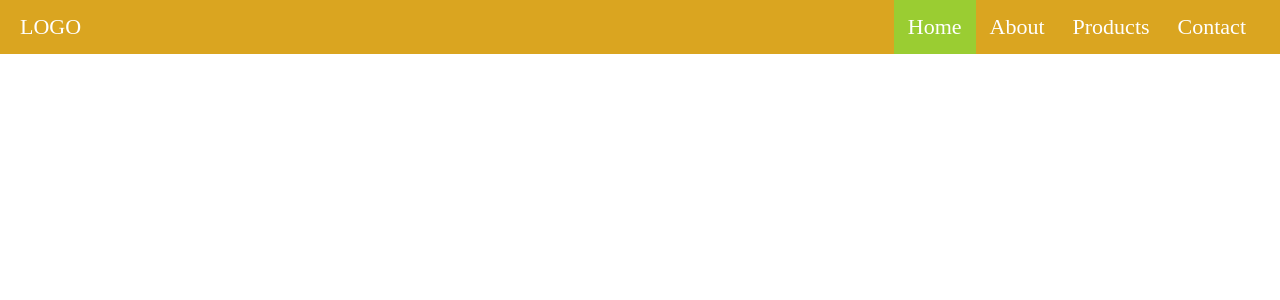
Repository: albayrakfatih/Flex-Navbar
Page: navbar-w-flexbox.html
These files come from the project's save history. The page is drawn as it stood at one moment and after a run of saves; the edit follows.
The browser window is 1280 px wide. The pictures show the whole page.
The pointer rests on the first visible `.navigation a`.

Above is the page before, as saved 2023-05-09 19:55:12.

### navbar-w-flexbox.html
<!DOCTYPE html>
<html lang="en">
<head>
    <meta charset="UTF-8">
    <meta http-equiv="X-UA-Compatible" content="IE=edge">
    <meta name="viewport" content="width=device-width, initial-scale=1.0">
    <link rel="stylesheet" href="styles.css">
    <title>Navbar With Flexbox</title>
</head>
<body>


    <nav>
        <a href="">LOGO</a>
        <ul class="navigation">
            <li><a href="#">Home</a></li>
            <li><a href="#">About</a></li>
            <li><a href="#">Products</a></li>
            <li><a href="#">Contact</a></li>
        </ul>
    </nav>



</body>
</html>

### styles.css
*{
    padding: 0;
    margin: 0;
}

nav{
    display: flex;
    justify-content: space-between;
    background: goldenrod;
    padding: 0 20px;
}



nav a{
    align-self: center;
    text-decoration: none;
    font-size: 22px;
    color: #fff;
}

.navigation{
    list-style-type: none;
    display: flex;
}
.navigation a{
    display: block;
    padding: 14px;
}
.navigation a:hover{
    background: yellowgreen;
}

After the next 2 saves:
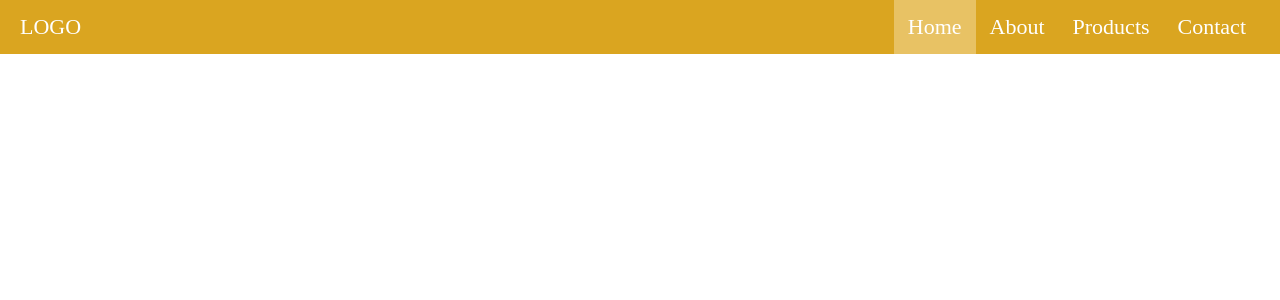
The 2 saves are shown as one change because they came seconds apart.
The last was saved 71 s later.
--- a/styles.css
+++ b/styles.css
@@ -28,5 +28,5 @@
     padding: 14px;
 }
 .navigation a:hover{
-    background: yellowgreen;
+    background:  #e8c264;
 }
